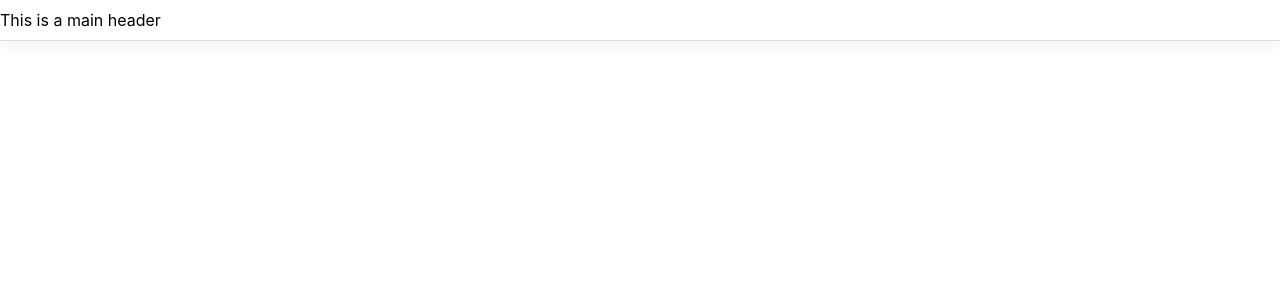
Repository: ChathurangaCPM/developer-forum
Page: / (app in client/)
These files come from the project's save history. The page is drawn as it stood at one moment and after the next save; the edit follows.
The browser window is 1280 px wide. The pictures show the whole page.
The project was rebuilt for these pictures with package versions that can differ from the ones it lists, and the page was loaded fresh each time.

Above is the page before, as saved 2022-05-09 20:34:01.

After the next save:
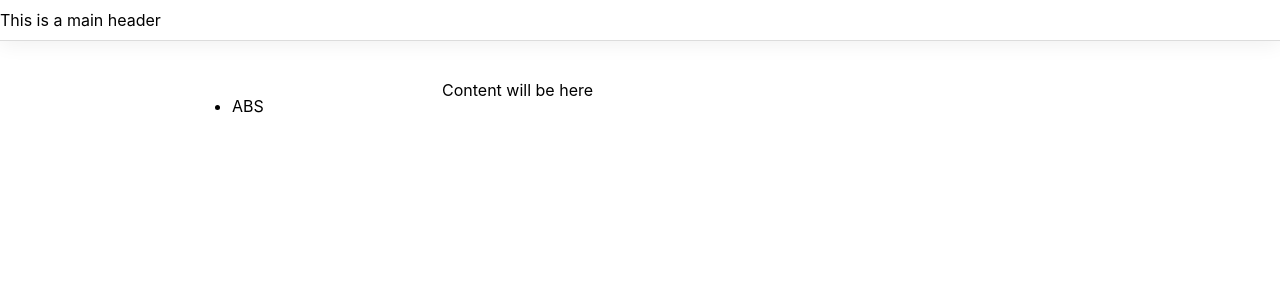
Saved 8 s later.
--- a/client/src/App.js
+++ b/client/src/App.js
@@ -1,6 +1,6 @@
 import MainHeader from "./components/MainHeader/MainHeader";
 import SideBar from "./components/SideBar/SideBar";
-import './App.css';
+import './App.min.css';
 
 function App() {
 	return (
